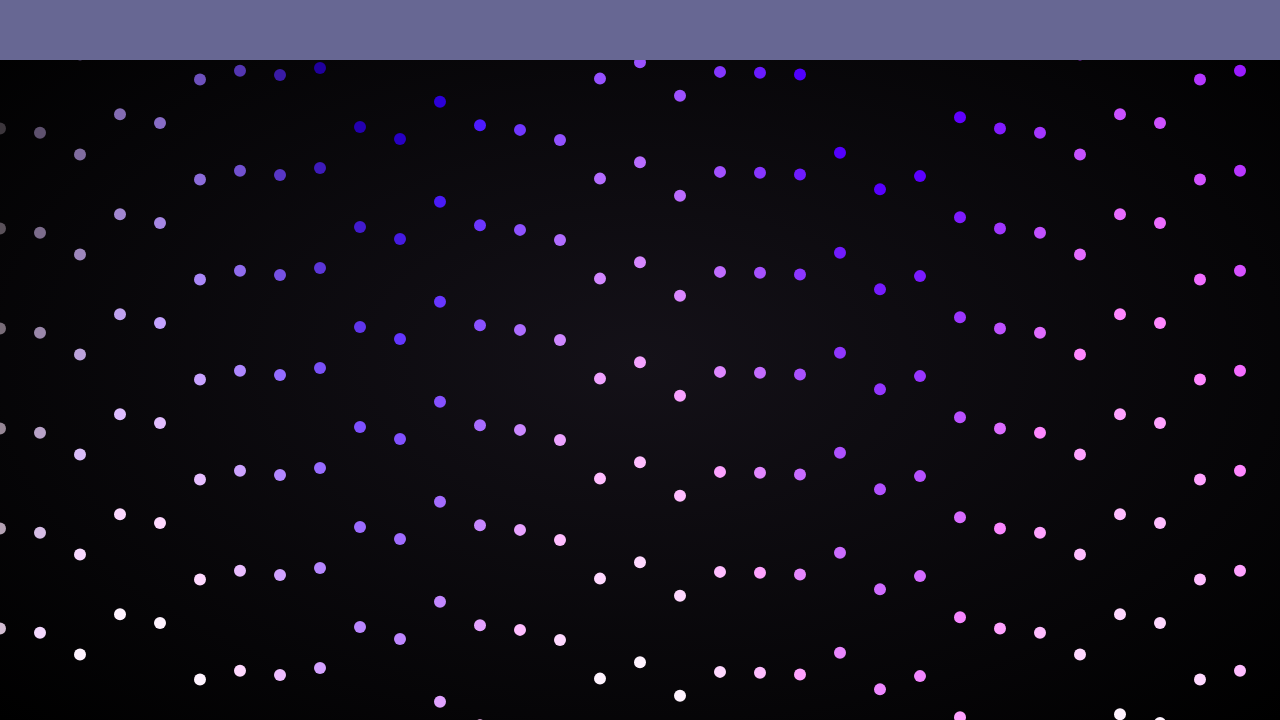
Repository: Iban-del/ProjetBacIban
Page: index.html
These files come from the project's save history. The page is drawn as it stood at one moment and after the next save; the edit follows.
The browser window is 1280 px wide. The pictures show the whole page.

Above is the page before, as saved 2025-02-19 19:49:50.

### index.html
<!DOCTYPE html>
<html lang="fr">
<head>
    <meta charset="UTF-8">
    <meta name="viewport" content="width=device-width, initial-scale=1.0">
    <link rel="icon" type="image/x-icon" href="./image/image.png">
    <link rel="stylesheet" href="./css/index.css">
    <title>Iban</title>
    <script src="./js/background.js" type="module"></script>
    <canvas id="canvas-background"></canvas>
</head>
<body>
    <nav class="navBar"></nav>

</body>
</html>

### css/index.css
html,body{
    margin: 0px;
    overflow-x: clip;
    display: flex;
}

.navBar{
    height: 60px;
    width: 100%;
    position: fixed;
    background-color: rgb(103, 103, 147);
    z-index: 1;
    display: flex;
    justify-content: end;
    align-items: center;
    color: white;
}

.background-canvas{
    overflow-x: clip;
    background:radial-gradient(rgb(50, 50, 71), rgb(0, 0, 0));
    z-index: 10;
    position: fixed;
}

### js/background.js
/**
 * création du fond du site
 */

//constante avec les couleur des composant
const darkColor ={
    backgrounds1:"#000",
    backgrounds2:"#141118",
};

//constante avec les couleur des composant
const lightColor ={
    backgrounds1:"#FDFCFE",
    backgrounds2:"#FAF8FD",
};


/**
 * fonction qui permet de géré le fond par default en cas d'érreur
 */
function defaultBackground(){

    const body = document.querySelector("body");

    if(body instanceof HTMLBodyElement){
        body.style.backgroundColor = darkColor.backgrounds2;
    }

}


/**
 * cette fonction permet d'attribué le style au canvas
 */
function canvasStyle(canvas){

    if(canvas instanceof HTMLCanvasElement){

        canvas.height = window.innerHeight;
        canvas.width = window.innerWidth;
        canvas.style.background = "radial-gradient("+darkColor.backgrounds2+","+darkColor.backgrounds1+")";

        return;
    }

    throw new Error("Canvas n'est pas de type HTMLCanvasElement ");

}

/**
 * fonction de création d'une vague
 */
function vague(x,A){

    const lambda = 0.002;//longueur d'onde
    const k = lambda*2*Math.PI; //nombre oscilation
    const phi = 3;//décalage
    return A*Math.sin(k*x+phi);
}


/**
 * affichage de la vague
 * @param CanvasRenderingContext2D  ctx
 */
function drawVague(ctx,canvas,A,steep){

    if(ctx instanceof CanvasRenderingContext2D){
        ctx.clearRect(0, 0, canvas.width, canvas.height);
        let color =0;
        for(let t = -100;t < window.innerHeight+100;t+= 100){
            ctx.beginPath();
            for(let i = 0 ;i < window.innerWidth;i+=40){
                let x = i
                let y = vague(x,A)+(t)+(x*0.1);
                ctx.lineTo(x,y)
                ctx.moveTo(x,y)
                ctx.beginPath();
                ctx.fillStyle=`rgb(${color+(i*.1)},${color*0.9},${color+(i*.49)})`;
                ctx.arc(x,y,6,0,Math.PI*2,true)
                ctx.fill();

            }
            color+=30;
        }


        if(A >300){

            steep =-1;

        }else if(A < 10){
            steep = 1;
        }
        A+= steep;
        // Demander la prochaine frame
        requestAnimationFrame(() => drawVague(ctx, canvas, A, steep));

    }


}

/**
 * fonction pour annimer le fond
 */
function animateBackground(ctx,canvas,A){

    let steep = 1;
    drawVague(ctx,canvas,A,steep)



    //requestAnimationFrame(animateBackground(ctx,A+steep));

}


/**
 * fonction d'initialisation du fond
 */
function init(){
    //récupération des élémentcanvas
    const canvas = document.querySelector("canvas");

    if(canvas instanceof HTMLCanvasElement){

        const ctx = canvas.getContext('2d');

        canvasStyle(canvas);
        animateBackground(ctx,canvas,100)

    }
}

try{

    init()

}catch(error){

    console.log(error)
    defaultBackground()
}

After the next save:
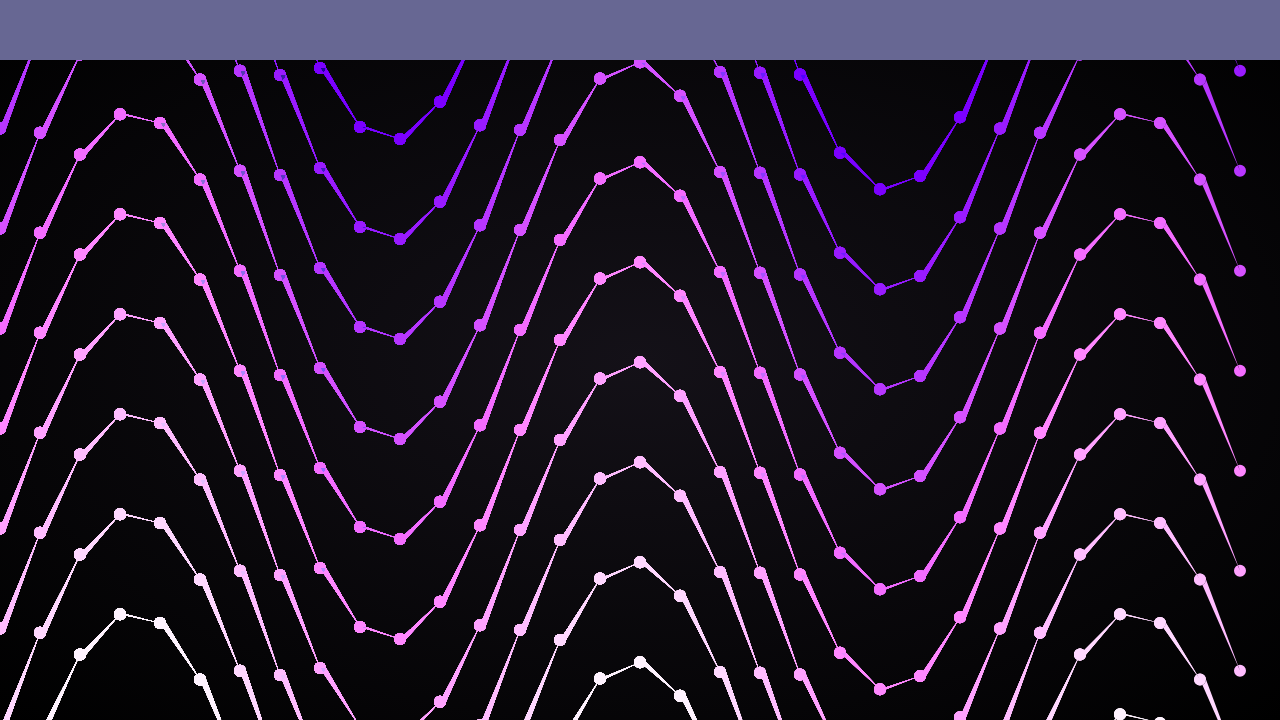
Saved 26 s later.
--- a/js/background.js
+++ b/js/background.js
@@ -75,7 +75,7 @@
                 let y = vague(x,A)+(t)+(x*0.1);
                 ctx.lineTo(x,y)
                 ctx.moveTo(x,y)
-                ctx.beginPath();
+
                 ctx.fillStyle=`rgb(${color+(i*.1)},${color*0.9},${color+(i*.49)})`;
                 ctx.arc(x,y,6,0,Math.PI*2,true)
                 ctx.fill();

After the save that followed:
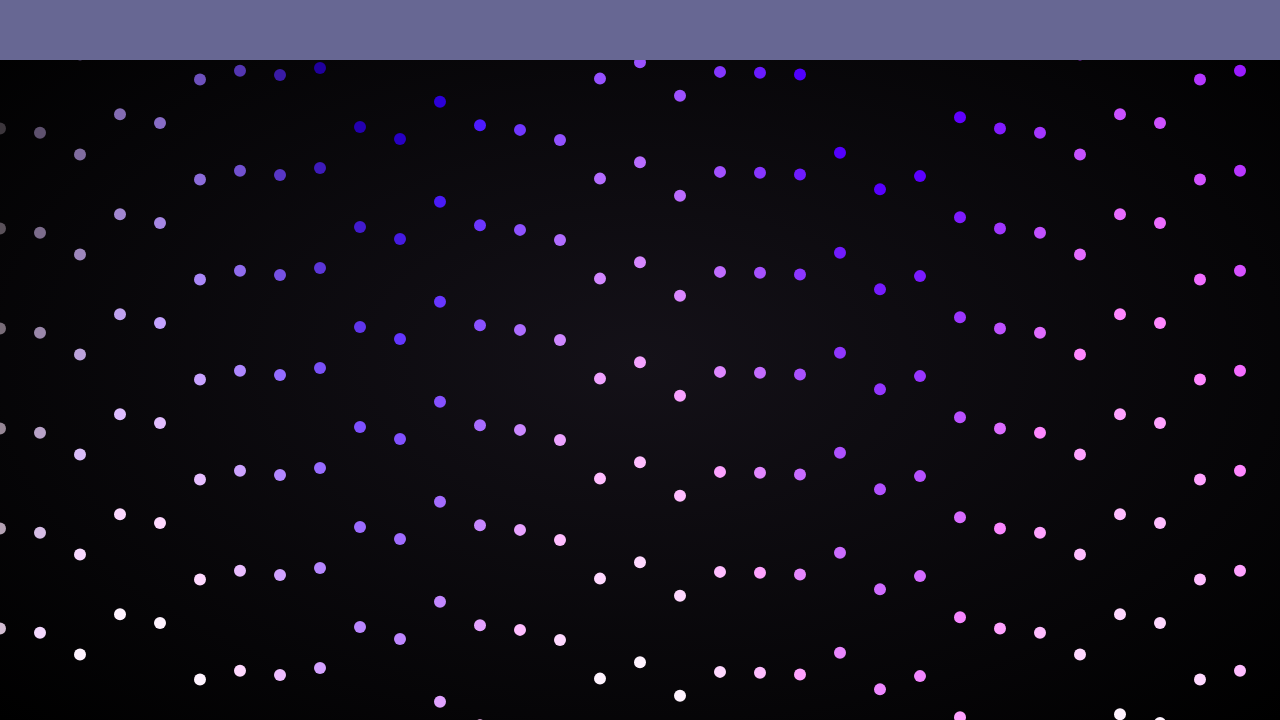
Saved 15 s later.
--- a/js/background.js
+++ b/js/background.js
@@ -75,7 +75,7 @@
                 let y = vague(x,A)+(t)+(x*0.1);
                 ctx.lineTo(x,y)
                 ctx.moveTo(x,y)
-
+                ctx.beginPath();
                 ctx.fillStyle=`rgb(${color+(i*.1)},${color*0.9},${color+(i*.49)})`;
                 ctx.arc(x,y,6,0,Math.PI*2,true)
                 ctx.fill();
